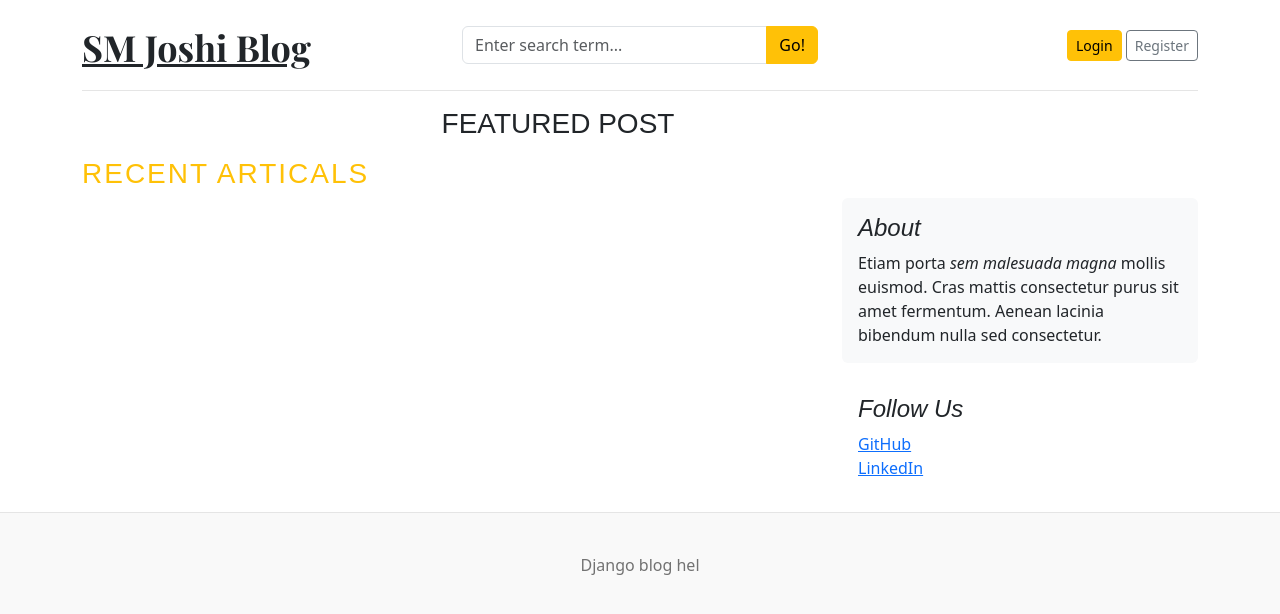
Repository: vijayholve/Blog-Website-Django
Page: templates/home.html
These files come from the project's save history. The page is drawn as it stood at one moment and after a run of saves; the edit follows.
The browser window is 1280 px wide. The pictures show the whole page.
Some web fonts or font styles are not loaded; a fallback is used. The template is drawn by Django 5.2. The application's start-up code is not run. The template is opened directly, without the code that normally fills it, so the values that code supplies are empty.

Above is the page before, as saved 2025-01-29 16:24:15.

After the next 2 saves:
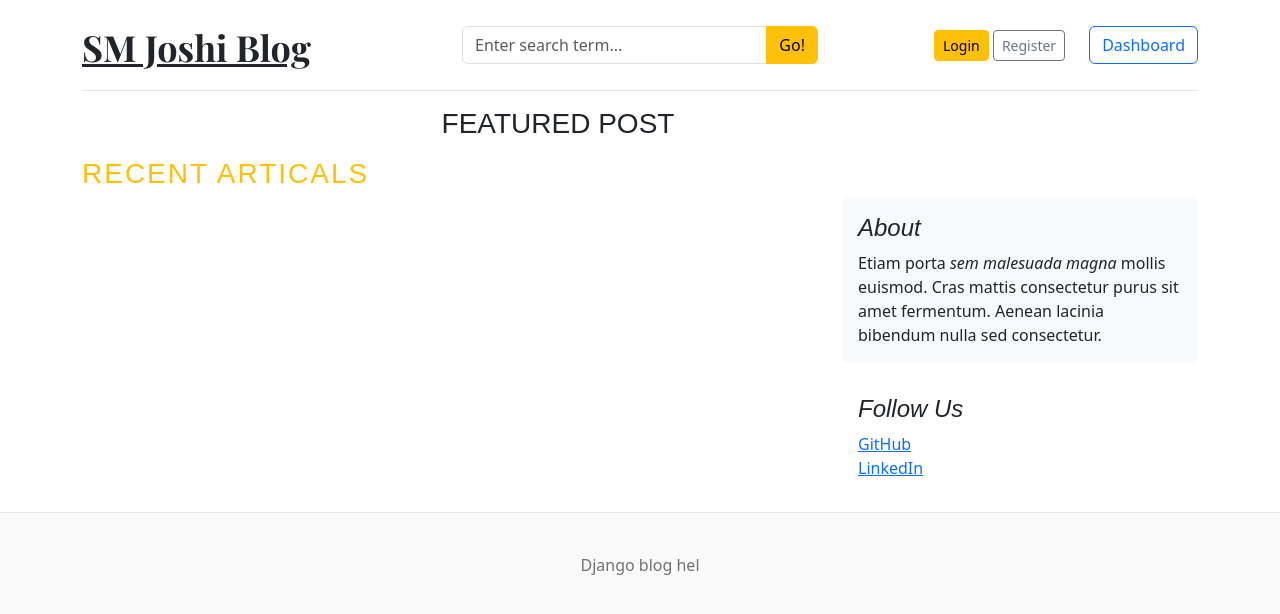
The 2 saves are shown as one change because they came seconds apart.
The last was saved 12 s later.
--- a/templates/base/header.html
+++ b/templates/base/header.html
@@ -36,6 +36,11 @@
             {% if not user.is_authenticated %}
             <a class="btn btn-sm btn-warning" href="{% url 'login' %}">Login</a> &nbsp;
             <a class="btn btn-sm btn-outline-secondary" href="{% url 'register' %}">Register</a>
+            <div class="nav-item ml-4">
+              <div class="nav-link">
+                <a class="btn btn-outline-primary" href="{% url 'dashboard' %}">Dashboard</a>
+              </div>
+            </div>
             {% else %}
             <div class="nav-item ml-4">
               <div class="nav-link">
